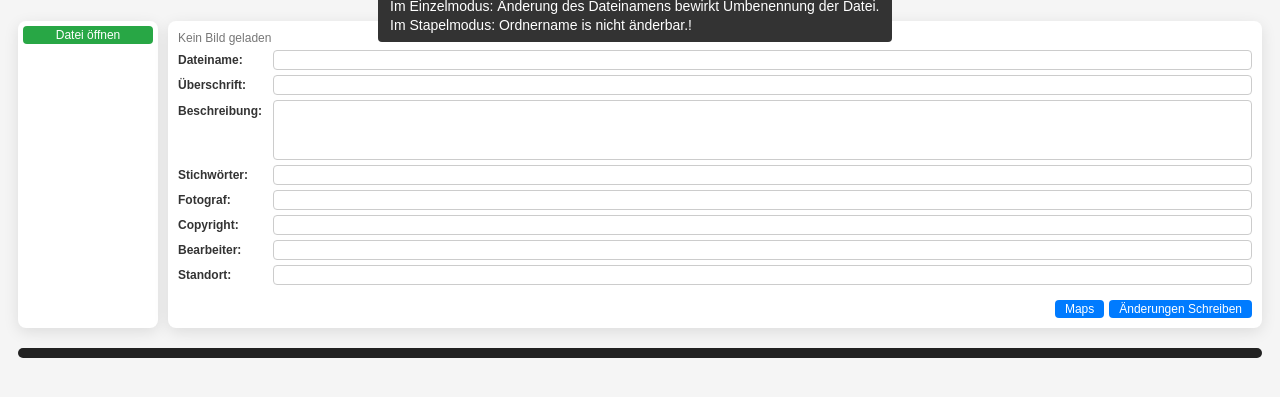
Repository: h-fahle/metadata
Page: ui/index.html
An editor plug-in stored every save of this project. The page is shown before and after the next save, followed by the edit.
The browser window is 1280 px wide. The pictures show the whole page.
The pointer rests on the first visible `.tooltip`.

Above is the page before, as saved 2026-08-18 12:34:47.

### ui/index.html
<!DOCTYPE html>
<html lang="de">

<head>
	<meta charset="UTF-8">
	<title>Tauri ExifTool Test</title>
	<script src="script.js"></script>
	<link rel="stylesheet" href="style.css">
</head>

<body>

	<div class="main-container">

		<!-- Das Vorschaubild links -->
		<div id="sidebar">
			<button id="file-open" onclick="dateiAuswählen()">Datei öffnen</button>

			<!-- 			<select id="menue-oeffnen" onchange="menueAktion(this)" >
				<option value="dateien">🖼️ Bilder öffnen...</option>
				<option value="ordner">📁 Ordner öffnen...</option>
			</select>
 -->
			<img id="vorschau-bild" src="" style="display:none;" />
			<div id="bild-info" style="text-align:center;">
				<span id="img-nummer"></span><br>
				<span id="img-datum"></span><br>
				<span id="img-groesse"></span>
			</div>
		</div>

		<!-- Das Formular rechts -->
		<div id="mein-formular-container">

			<div id="ordner-pfad">Kein Bild geladen</div>

			<div class="tooltip" data-tooltip=
"Im Einzelmodus: Änderung des Dateinamens bewirkt Umbenennung der Datei.
Im Stapelmodus: Ordnername is nicht änderbar.!">
				<label for="filename">Dateiname:</label>
				<input type="text" id="filename" name="filename"/>
			</div>

			<div class="tooltip" data-tooltip=
"Auch: (Dokument-)Titel, Schlagzeile, Headline">
				<label for="caption">Überschrift:</label>
				<input type="text" id="caption" name="caption"/>
			</div>

			<div class="tooltip" data-tooltip=
"Beschreibender Text in beliebiger Länge.
(Im Stapelmodus wird der eingegebene Text an vorhandenen angehängt.)
Hinweis: Einige Programme zeigen nur 2.000 Zeichen oder auch weniger an.">
				<label for="description">Beschreibung:</label>
				<textarea id="description" name="description" style="min-height: 60px;"></textarea>
			</div>

			<div class="tooltip" data-tooltip=
"Komma-separierte Liste. Groß-/Kleinschreibung beachten.
Im Stapelmodus werden die eingegebenen Stichwörter an vorhandene angehängt.">
				<label for="keywords">Stichwörter:</label>
				<input type="text" id="keywords" name="keywords"/>
			</div>

			<div class="tooltip" data-tooltip=
"Urheber, Ersteller, Autor
(Tags: Artitst, Creator, By-line)">
				<label for="creator">Fotograf:</label>
				<input type="text" id="creator" name="creator"/>
			</div>

			<div class="tooltip" data-tooltip=
"Urheberrechtshinweis; enthält in der Regel:
Name des Fotografen, Aufnahmejahr und Nutzungsrechte;
(z.B. 'Copyright [1975] [Mustermann], Alle Rechte vorbehalten')">
				<label for="copyright">Copyright:</label>
				<input type="text" id="copyright" name="copyright"/>
			</div>

			<div class="tooltip" data-tooltip=
"Verfasser der Metadaten
(Tags: Caption Writer, Writer Editor)">
				<label for="editor">Bearbeiter:</label>
				<input type="text" id="editor" name="editor"/>
			</div>

			<div class="tooltip" data-tooltip=
"GPS-Koordinaten in Dezimalgrad (51.49129, 8.43317).
Ermitteln der Koordinaten in der Google Maps-Karte:
  1. mit rechter Maustaste auf den Standort klicken,
  2. auf die angezeigten Koordinaten klicken,
  3. der so gespeicherte Wert kann dann mit Strg+V kopiert werden.">
				<label for="position">Standort:</label>
				<input type="text" id="position" name="position"/>
			</div>

			<!-- Button-Leiste -->
			<div class="button-group" style="text-align: right; margin-top: 15px;">
				<button type="button" onclick="zeigeMaps(event)" style="background: #007BFF;">Maps</button>
				<button type="button" onclick="exifSchreiben(event)" style="background: #007BFF;">Änderungen Schreiben</button>
			</div>

		</div>
	</div> <!-- Ende des main-containers -->

	<div id="ausgabe"></div>

</body>

</html>

### ui/script.js
let aktuellerBildPfad = "";

async function zeigeMaps(event) {
    event.preventDefault()
    let gps = document.getElementById('position').value;

    try {
        // Ruft direkt unsere eigene, sichere Rust-Funktion auf
        await window.__TAURI__.core.invoke('oeffne_maps_browser', {
            gpsString: gps
        });
    } catch (fehler) {
        console.error("Fehler:", fehler);
    }
}

async function dateiAuswählen() {
    try {
        const ergebnis = await window.__TAURI__.core.invoke('plugin:dialog|open', {
            options: {
                title: 'Bilddatei für ExifTool auswählen',
                directory: false,
                multiple: false,
                filters: [
                    { name: 'Bilder', extensions: ['jpg', 'jpeg', 'png', 'gif', 'tif', 'tiff', 'webp', 'avif', 'heic', 'heif'] }
                ]
            }
        });

        // Wenn der Nutzer nicht abgebrochen hat (ergebnis ist nicht null)
        if (ergebnis) {
            // Falls das Ergebnis ein Objekt ist (z.B. { path: "..." }), holen wir den Pfad heraus,
            // ansonsten nehmen wir den String direkt.
            const pfad = typeof ergebnis === 'object' ? ergebnis.path : ergebnis;

            aktuellerBildPfad = pfad;

            // Sofort automatisch die Metadaten einlesen!
            exifAuslesen();
        }
    } catch (fehler) {
        document.getElementById("ausgabe").innerHTML = "<span style='color: red;'>Dialog-Fehler: " + fehler + "</span>";
    }
}

async function exifAuslesen() {
    const pfad = aktuellerBildPfad;
    const ausgabe = document.getElementById("ausgabe");
    const vorschauImg = document.getElementById("vorschau-bild");


    ausgabe.innerText = "Rufe ExifTool auf...";

    try {
        // 1. Metadaten über Rust holen
        const jsonText = await window.__TAURI__.core.invoke('lese_bild_metdaten', { dateipfad: pfad });
        const datenObjekt = JSON.parse(jsonText)[0]; 	// Das 1. JSON-Objekt im JSON-Array in JS-Objekt umwandeln

        document.getElementById('img-nummer').innerText = '# 0/0';
        let datum = datenObjekt.DateTimeOriginal;
        if (typeof datum === 'undefined') {
            datum = '(unbekannt)';
        }
        document.getElementById('img-datum').innerText = '\u{1F4F7} ' + datum || '';
        document.getElementById('img-groesse').innerText = '⤢ ' + datenObjekt.ImageSize || '';

        document.getElementById('filename').value = datenObjekt.FileName || '';
        document.getElementById('caption').value = datenObjekt.CMB_Caption || '';
        document.getElementById('description').value = datenObjekt.Description || '';
        document.getElementById('keywords').value = datenObjekt.Keywords || '';
        document.getElementById('creator').value = datenObjekt.Creator || '';
        document.getElementById('copyright').value = datenObjekt.Copyright || '';
        document.getElementById('editor').value = datenObjekt.CMB_Editor || '';
        document.getElementById('position').value = datenObjekt.GPSPosition || '';

        const vollerPfad = pfad;
        // Erkennt automatisch Linux-Schrägstriche (/) und Windows-Backslashes (\)
        const letzterSlash = Math.max(vollerPfad.lastIndexOf('/'), vollerPfad.lastIndexOf('\\'));
        let ordner = "Unbekannt";
        if (letzterSlash !== -1) {
            ordner = vollerPfad.substring(0, letzterSlash);
        }
        // Den berechneten Ordnerpfad in das neue Label schreiben
        document.getElementById('ordner-pfad').innerText = ordner;

        // Wir nehmen das erste Element der Liste (ExifTool liefert immer ein Array)
        // und stellen es schön formatiert im Browser dar
        // ausgabe.innerText = JSON.stringify(datenObjekt[0], null, 2);
        ausgabe.innerText = jsonText;

        // Wir fragen Rust nach dem besten Weg für das Bild
        const vorschauErgebnis = await window.__TAURI__.core.invoke('hole_vorschaubild', { dateipfad: pfad });

        if (vorschauErgebnis === "STANDARD") {
            // Normales JPG/PNG über das Asset-Protokoll
            const assetUrl = window.__TAURI__.core.convertFileSrc(pfad);
            vorschauImg.src = assetUrl + "?t=" + new Date().getTime();
        } else if (vorschauErgebnis.startsWith("data:[embedded picture, 23 characters]")) {
            // TIF/TIFF über den im RAM kompilierten Rust-Wandler
            vorschauImg.src = vorschauErgebnis;
        }

        vorschauImg.style.display = "block";

    } catch (fehler) {
        ausgabe.innerHTML = "<span style='color: red;'>Fehler: " + fehler + "</span>";
        vorschauImg.style.display = "none";
        infoText.innerText = "Fehler beim Laden";
    }
}

async function exifSchreiben(ereignis) {
    if (ereignis) ereignis.preventDefault();  // verbietet dem Browser den automatischen Seiten-Reset!

    const pfad = aktuellerBildPfad;
    const ausgabe = document.getElementById("ausgabe");

    ausgabe.innerText = "Speichere Daten über ExifTool...";

    // Wir sammeln alle aktuellen Werte aus den Eingabefeldern ein
    const daten = {
        dateipfad: pfad,
        filename: document.getElementById('filename').value,
        caption: document.getElementById('caption').value,
        description: document.getElementById('description').value,
        keywords: document.getElementById('keywords').value.split(',').map(s => s.trim()).join(', '),
        creator: document.getElementById('creator').value,
        copyright: document.getElementById('copyright').value,
        editor: document.getElementById('editor').value,
        gps: document.getElementById('position').value
    };

    try {
        // Wir schicken das gesamte Paket an die Rust-Funktion 'schreibe_bild_metdaten'
        const antwort = await window.__TAURI__.core.invoke('schreibe_bild_metdaten', daten);

        // Bei Erfolg zeigen wir die Meldung in grüner Schrift an
        ausgabe.innerHTML = "<span style='color: #00ff00;'>" + antwort + "</span>";

        // 2. Da der Pfad dank preventDefault() jetzt bombenfest im Feld stehen bleibt,
        // funktioniert das Neuladen nun augenblicklich und fehlerfrei!
        await exifAuslesen();

    } catch (fehler) {
        // Falls etwas schiefgeht (z.B. Datei schreibgeschützt), zeigen wir den Fehler an
        ausgabe.innerHTML = "<span style='color: red;'>Fehler beim Speichern: " + fehler + "</span>";
    }
}

### ui/style.css
body {
	font-family: sans-serif;
	font-size: 12px;
	padding: 3px 10px;
	background: #f5f5f5;
}

button {
	padding: 2px 10px;
	font-size: 12px;
	cursor: pointer;
	background: #28a745;
	color: white;
	border: none;
	border-radius: 4px;
}

select {
	-moz-appearance: none;
	-webkit-appearance: none;
	appearance: none;
	border: none;
	border-radius: 4px;
	background: #28a745;
	color: white;
	width: 120px;
}

#ausgabe {
	margin-top: 20px;
	background: #222;
	color: #00ff00;
	padding: 5px;
	border-radius: 5px;
	font-family: monospace;
	white-space: pre-wrap;
	overflow-x: auto;
}

input#bildpfad {
	width: 350px;
}

/* Der neue Haupt-Container für die Nebeneinander-Ausrichtung */
.main-container {
	margin-top: 10px;
	display: flex;
	flex-direction: row;
	/* Elemente nebeneinander */
	gap: 10px;
	/* Abstand zwischen Bild und Formular */
	width: 100%;
	box-sizing: border-box;
}

/* Styling für den Bild-Bereich */
#sidebar {
	width: 130px;
	min-width: 130px;
	display: flex;
	flex-direction: column;
	align-items: center;
	justify-content: flex-start;
	padding: 5px;
	background-color: #ffffff;
	border-radius: 8px;
	box-shadow: 0 4px 15px rgba(0, 0, 0, 0.1);
}

#file-open {
	width: 130px;
	margin-bottom: 10px;
}

#vorschau-bild {
	width: 130px;
	height: auto;
	border: 1px outset gray;
}

/* Container des Formulars */
#mein-formular-container {
	flex-grow: 1;
	margin: 0;
	padding: 5px 10px;
	background-color: #ffffff;
	border-radius: 8px;
	box-shadow: 0 4px 15px rgba(0, 0, 0, 0.1);
	font-family: Arial, sans-serif;
}

#mein-formular-container div {
	display: flex;
	align-items: center;
	margin: 6px 0;
	/* Geringer Zeilenabstand */
	width: 100%;
	margin-top: 5px;
	/* Kleiner Abstand nach oben */
	margin-bottom: 5px;
	/* Kleiner Abstand nach unten */
}

label[for="description"] {
	align-self: flex-start;
	/* DIESE ZEILE IST DIE RETTUNG: Richtet NUR dieses Label oben aus! */
	margin-top: 4px;
	/* Feinjustierung, damit es perfekt auf der Linie der ersten Textzeile liegt */
}

#ordner-pfad {
	margin-left: 97px;
	margin-bottom: 2px;
	color: #777777;
	font-size: 12px;
	font-family: Arial, sans-serif;
}

/* Feste Breite für die Labels + Linksbündig */
label {
	display: inline-block;
	width: 95px;
	text-align: left;
	font-weight: bold;
	color: #333333;
	flex-shrink: 0;
	/* Verhindert, dass der Text zusammengedrückt wird */
}

/* Eingabefelder füllen den restlichen Platz der Zeile aus */
input[type="text"],
textarea {
	flex-grow: 1;
	/* Alle Felder starten exakt an der gleichen Linie */
	width: 100%;
	min-width: 0;
	padding: 2px;
	border: 1px solid #cccccc;
	border-radius: 4px;
	box-sizing: border-box;
	font-size: 12px;
}

textarea {
	/* DIESE BEIDEN ZEILEN LÖSEN DAS LINUX-PROBLEM ENDGÜLTIG: */
	field-sizing: content;
	/* Die Box wächst automatisch zeilenweise mit! */
	overflow: hidden;
	/* Schaltet Scrollbalken und damit den Bug komplett ab */
	resize: none;
	/* Der Nutzer muss nicht mehr manuell ziehen */
}

/* Aktives Feld bei Klick */
input:focus,
textarea:focus {
	border-color: #007BFF;
	outline: none;
	box-shadow: 0 0 5px rgba(0, 123, 255, 0.5);
}

.tooltipx {
  position: relative;
  z-index: 1;
}
/* Tooltip-Box beim Hover anzeigen */
.tooltipx:hover::after {
  z-index: 999;
  content: attr(data-tooltip);
  position: absolute;
  bottom: -130%;  /* unterhalb */
  left: 50%;	/* nach rechts versetzt */
  transform: translateX(-50%);
  background-color: lightyellow;
  color: black;
  padding: 5px 10px;
  border: 1px solid gray;
  border-radius: 4px;
  white-space: pre;
  width: max-content;
  font-size: 10px;
}

.tooltip {
  position: relative;
  display: block; /* Oder inline-block, je nach deinem aktuellen Layout */
  margin-bottom: 15px; /* Abstand nach unten zum nächsten Feld */
  z-index: 1;
}

/* Container bei Hover nach oben holen */
.tooltip:hover,
.tooltip:has(input:focus) {
  z-index: 999;
}

/* Der Tooltip */
.tooltip:hover::after,
.tooltip:has(input:focus)::after {
  content: attr(data-tooltip);
  position: absolute;

  /* Positionierung über dem Eingabefeld */
  bottom: 100%;
  margin-bottom: 8px;

  /* FIX: Richtet den Tooltip an der rechten Kante des Inputs aus */
  left: 200px;
  right: 0;
  transform: none; /* Das translateX(-50%) wird hier gelöscht */

  /* Styling & Farben */
  background-color: #333333;
  color: #ffffff;
  padding: 6px 12px;
  border-radius: 4px;
  font-size: 14px;
  line-height: 1.4;

  /* Dynamische Breite */
  white-space: pre;
  width: max-content;
}




/* Der Absendeknopf richtet sich nach den Eingabefeldern aus */
.button-group {
	display: flex;
	justify-content: flex-end;
}

.button-group button {
		margin-left: 5px;
}

button[type="submit"] {
	width: 200px;
	padding: 12px;
	background-color: #007BFF;
	color: white;
	border: none;
	border-radius: 4px;
	font-size: 16px;
	cursor: pointer;
	transition: background-color 0.3s ease;
}

button[type="submit"]:hover {
	background-color: #0056b3;
}

After the next save:
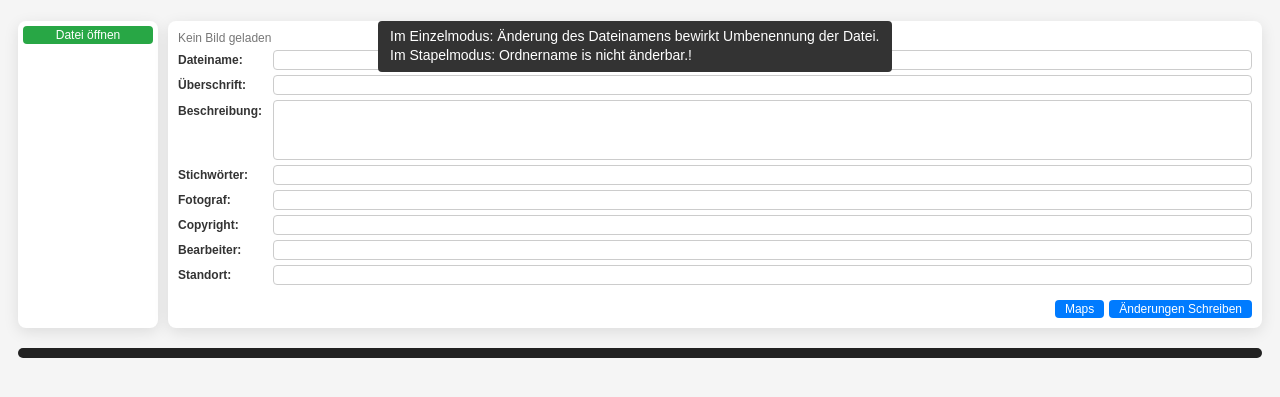
Saved 2 min 18 s later.
--- a/ui/style.css
+++ b/ui/style.css
@@ -201,7 +201,7 @@ textarea:focus {
   position: absolute;
 
   /* Positionierung über dem Eingabefeld */
-  bottom: 100%;
+  bottom: -50%;
   margin-bottom: 8px;
 
   /* FIX: Richtet den Tooltip an der rechten Kante des Inputs aus */
